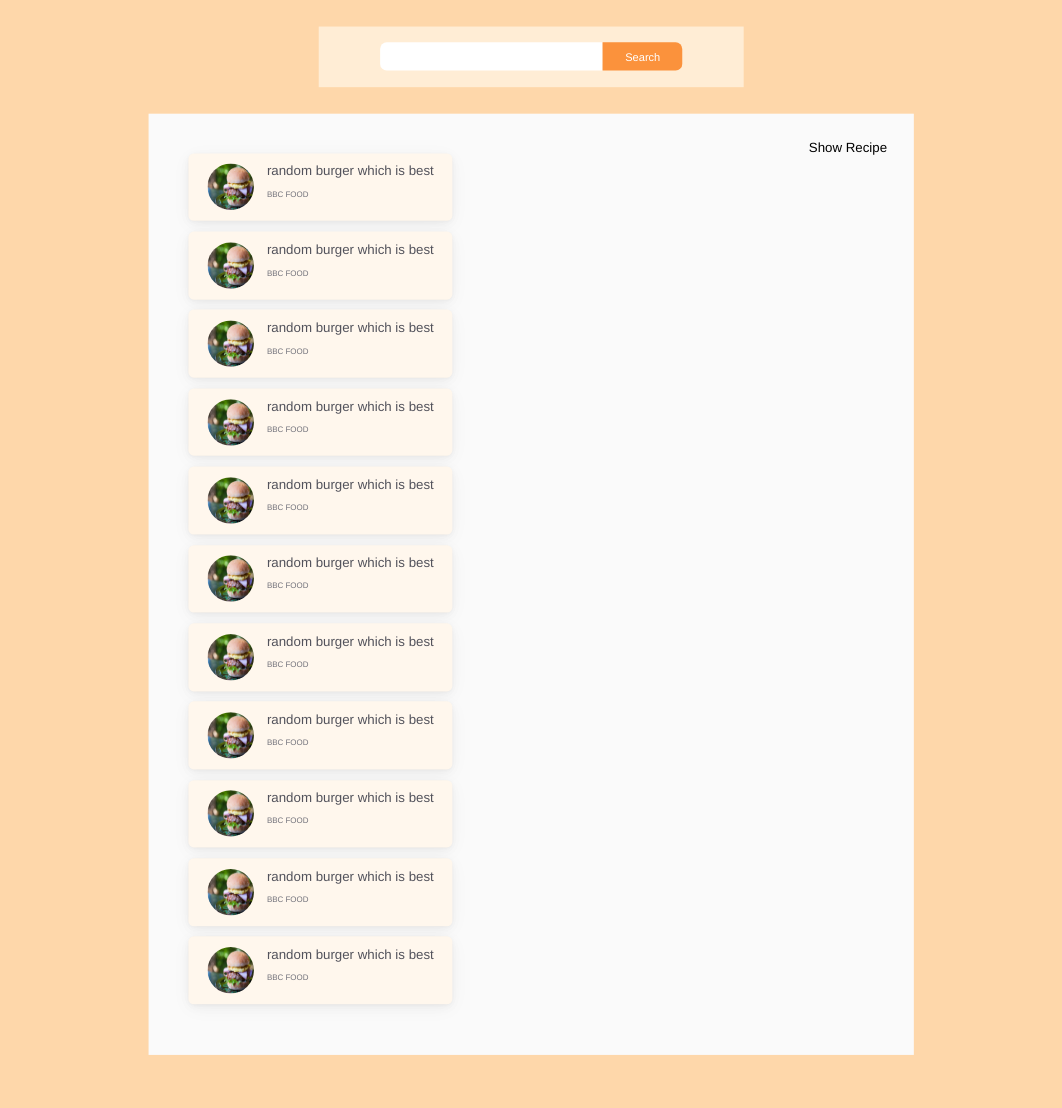
Repository: sandipkarmokar/recipeApp
Page: /
The author's editor kept a copy of each file at every save. The page is drawn from the files as they stood at one save, then again after the next save.
The browser window is 1280 px wide. The pictures show the whole page, at 83% of full size.
The project was rebuilt for these pictures with package versions that can differ from the ones it lists, and the page was loaded fresh each time.

Above is the page before, as saved 2022-04-16 12:28:21.

### src/App.js
import { useState } from 'react';
import './App.css';
import SearchBar from './components/searchBar';
import ListView from './components/listView';
import RecipeShow from './components/recipeShow';

const App = () => {
    const [query, setQuery] = useState('');
    const [recipeList, setRecipeList] = useState([]);
    const [isLoading, setIsLoading] = useState(true);
    const [recipeId, setRecipeId] = useState('');

    const url = `https://forkify-api.herokuapp.com/api/search?q=${query}`;
    const recipeUrl = `https://forkify-api.herokuapp.com/api/get?rId=${recipeId}`;

    return (
        <div className="app">
            <div className="app-container">
                <SearchBar></SearchBar>
                <div className="recipe-modal">
                    <ListView></ListView>
                    <RecipeShow></RecipeShow>
                </div>
            </div>
        </div>
    );
};

export default App;

### src/App.css
* {
    margin: 0;
    padding: 0;
    box-sizing: border-box;
    font-family: Helvetica, sans-serif;
}

.app {
    height: 100%;
    width: 100vw;
    background-color: #fed7aa;
}

.app .app-container {
    margin: 0 auto;
    width: 80%;
    padding: 2rem 0;
    display: flex;
    justify-content: center;
    flex-direction: column;
}

.app .app-container .searchBar {
    width: 50%;
    background-color: #ffedd5;
    padding: 1.2rem 1rem;
    margin: 0 auto;
    width: 50%;
    display: flex;
    justify-content: center;
}
.app .app-container .searchBar .searchBar-container {
    width: 80%;
    margin: 0 auto;
    display: flex;
    justify-content: center;
}
.app .app-container .searchBar .searchBar-container input {
    width: 70%;
    padding: 0.4rem 1rem;
    border: none;
    border-radius: 0.5rem 0 0 0.5rem;
}

.app .app-container .searchBar .searchBar-container button {
    width: 25%;
    padding: 0.6rem 1rem;
    background-color: #fb923c;
    border: none;
    color: #fff;
    border-radius: 0 0.5rem 0.5rem 0;
}

.app .app-container .recipe-modal {
    width: 90%;
    background-color: #fafafa;
    margin: 2rem auto;
    display: flex;
    justify-content: space-between;
    padding: 2rem;
}

.app .app-container .recipe-modal .recipeList {
    padding: 1rem;
}

.app
    .app-container
    .recipe-modal
    .recipeList
    .recipeList-container
    .recipe-item {
    display: flex;
    background-color: #fff7ed;
    padding: 0.8rem 1.4rem;
    margin-bottom: 0.8rem;
    box-shadow: 0px 5px 24px rgba(0, 0, 0, 0.04),
        0px 3.24074px 14.0556px rgba(0, 0, 0, 0.0303704),
        0px 1.92593px 7.64444px rgba(0, 0, 0, 0.0242963),
        0px 1px 3.9px rgba(0, 0, 0, 0.02),
        0px 0.407407px 1.95556px rgba(0, 0, 0, 0.0157037),
        0px 0.0925926px 0.944444px rgba(0, 0, 0, 0.00962963);
    border-radius: 0.4rem;
}
.app
    .app-container
    .recipe-modal
    .recipeList
    .recipeList-container
    .recipe-item
    img {
    height: 56px;
    width: 56px;
    border-radius: 100%;
}
.app
    .app-container
    .recipe-modal
    .recipeList
    .recipeList-container
    .recipe-item
    .info {
    display: flex;
    flex-direction: column;
    margin-left: 1rem;
}
.app
    .app-container
    .recipe-modal
    .recipeList
    .recipeList-container
    .recipe-item
    .info
    .title {
    color: #52525b;
    font-size: 1rem;
}
.app
    .app-container
    .recipe-modal
    .recipeList
    .recipeList-container
    .recipe-item
    .info
    .publisher {
    color: #71717a;
    font-size: 0.6rem;
    margin-top: 0.8rem;
}

.app .app-container .recipe-modal .recipeShow {
    background-color: ;
}

### src/components/searchBar.js
import React from 'react';

const SearchBar = () => {
    return (
        <div className="searchBar">
            <form className="searchBar-container">
                <input type="text" />
                <button type="submit">Search</button>
            </form>
        </div>
    );
};

export default SearchBar;

### src/components/listView.js
import React from 'react';
import data from './data';

const ListView = () => {
    return (
        <div className="recipeList">
            <div className="recipeList-container">
                {data.map((el) => {
                    console.log(data);
                    return (
                        <div className="recipe-item">
                            <img src={el.img} alt="" />
                            <div className="info">
                                <p className="title">{el.title}</p>
                                <p className="publisher">{el.publisher}</p>
                            </div>
                        </div>
                    );
                })}
            </div>
        </div>
    );
};

export default ListView;

### src/components/recipeShow.js
import React from 'react';

const RecipeShow = () => {
    return (
        <div className="recipeShow">
            <div className="recipeShow-container">
                <p>Show Recipe</p>
            </div>
        </div>
    );
};

export default RecipeShow;

### src/components/data.js
import image from '../components/food.jpg';

const data = [
    {
        id: 1,
        img: image,
        title: 'random burger which is best',
        publisher: 'BBC FOOD',
    },
    {
        id: 1,
        img: image,
        title: 'random burger which is best',
        publisher: 'BBC FOOD',
    },
    {
        id: 1,
        img: image,
        title: 'random burger which is best',
        publisher: 'BBC FOOD',
    },
    {
        id: 1,
        img: image,
        title: 'random burger which is best',
        publisher: 'BBC FOOD',
    },
    {
        id: 1,
        img: image,
        title: 'random burger which is best',
        publisher: 'BBC FOOD',
    },
    {
        id: 1,
        img: image,
        title: 'random burger which is best',
        publisher: 'BBC FOOD',
    },
    {
        id: 1,
        img: image,
        title: 'random burger which is best',
        publisher: 'BBC FOOD',
    },
    {
        id: 1,
        img: image,
        title: 'random burger which is best',
        publisher: 'BBC FOOD',
    },
    {
        id: 1,
        img: image,
        title: 'random burger which is best',
        publisher: 'BBC FOOD',
    },
    {
        id: 1,
        img: image,
        title: 'random burger which is best',
        publisher: 'BBC FOOD',
    },
    {
        id: 1,
        img: image,
        title: 'random burger which is best',
        publisher: 'BBC FOOD',
    },
];

export default data;

Loaded but not shown: public/index.html (common file); src/index.js (common file); src/index.css (common file); src/reportWebVitals.js (common file)

After the next save:
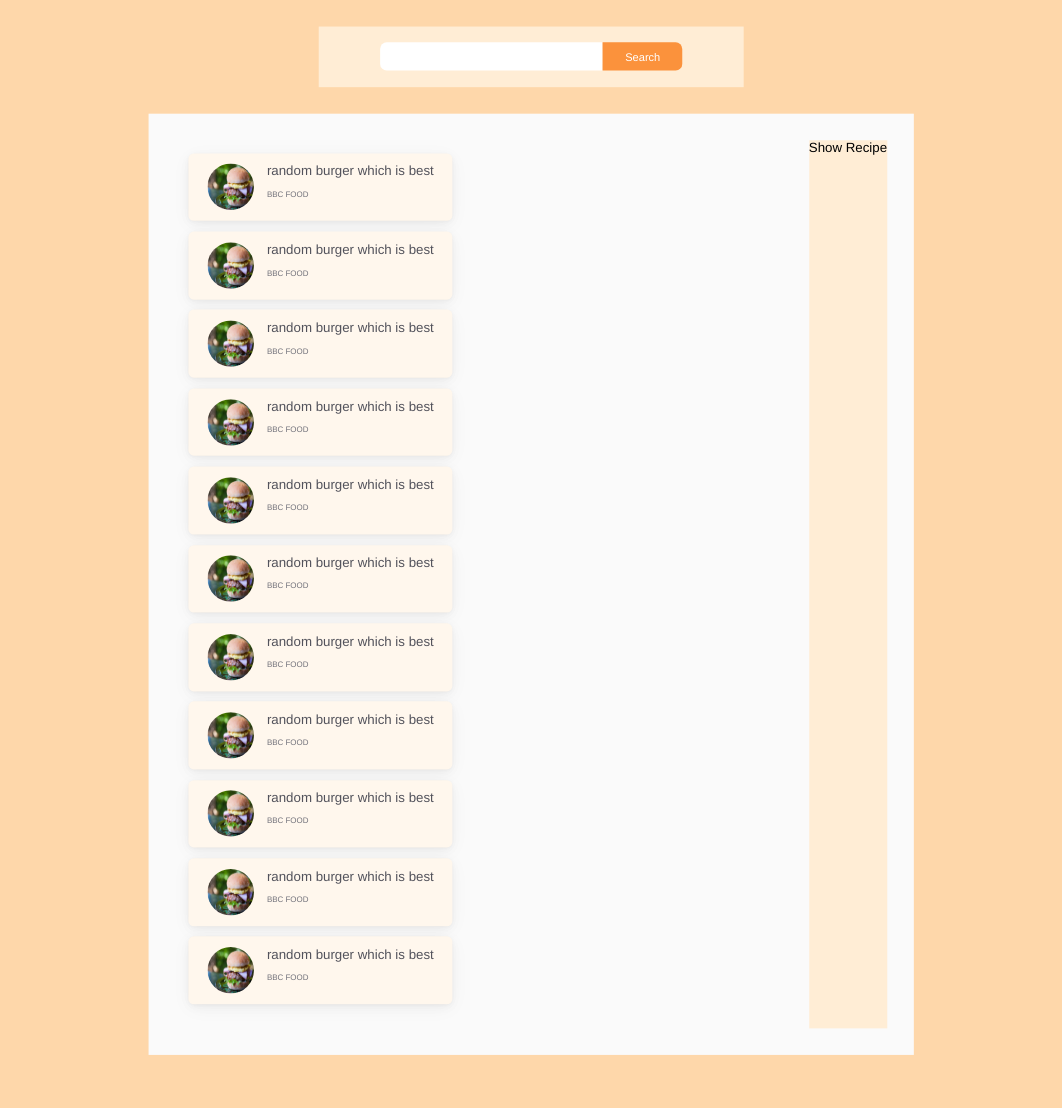
Saved 9 s later.
--- a/src/App.css
+++ b/src/App.css
@@ -129,5 +129,5 @@
 }
 
 .app .app-container .recipe-modal .recipeShow {
-    background-color: ;
+    background-color: #ffedd5;
 }
